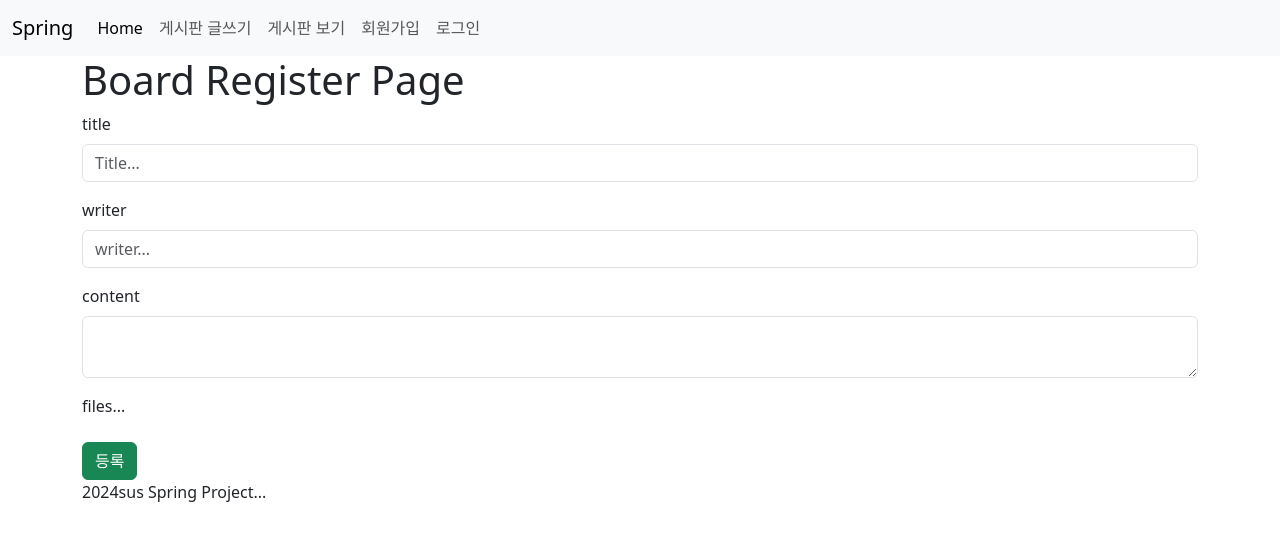
Repository: Ceciliaseon/springTest20240430
Page: http://localhost/spring_study/WEB-INF/views/board/register.jsp
These files come from the project's save history. The page is drawn as it stood at one moment and after the next save; the edit follows.
The browser window is 1280 px wide. The pictures show the whole page.
The page is served by Tomcat 9. Nobody is signed in. The template is opened directly, without the code that normally fills it, so the values that code supplies are empty.

Above is the page before, as saved 2024-04-29 01:34:59.

After the next save:
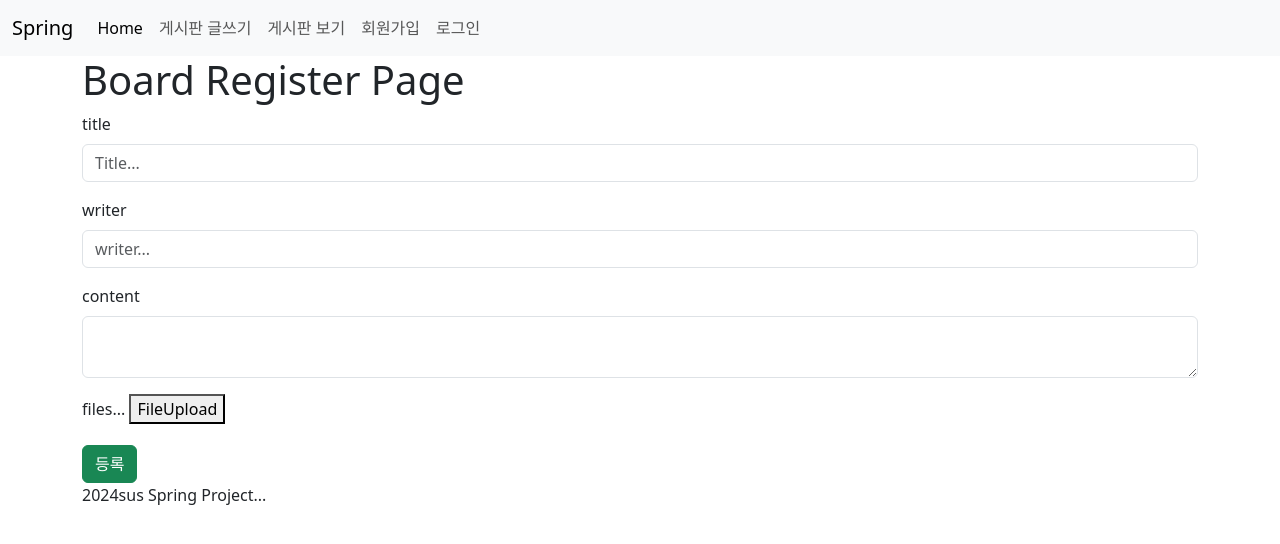
Saved 44 s later.
--- a/spring_study/src/main/webapp/WEB-INF/views/board/register.jsp
+++ b/spring_study/src/main/webapp/WEB-INF/views/board/register.jsp
@@ -23,6 +23,7 @@
 		<div class="mb-3">
 		  <label for="file" class="form-label">files...</label>
 		  <input type="file" class="form-control" name="files" id="file" multiple="multiple" style="display: none">
+		  <button type="button" class="">FileUpload</button>
 		</div>
 		<button type="submit" class="btn btn-success">등록</button>
 	</form>
